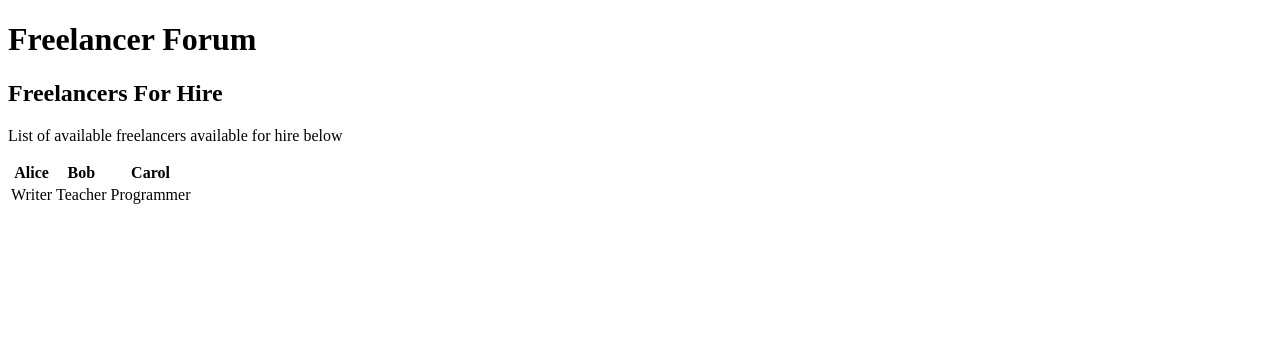
Repository: MelindaN14/Unit2.FreelancerForum
Page: forum/app.html
The author's editor kept a copy of each file at every save. The page is drawn from the files as they stood at one save, then again after the next save.
The browser window is 1280 px wide. The pictures show the whole page.

Above is the page before, as saved 2024-04-10 20:59:56.

### forum/app.html
<!DOCTYPE html>
<html lang="en">
  <head>
    <meta charset="UTF-8" />
    <meta name="viewport" content="width=device-width, initial-scale=1.0" />
    <title>Document</title>
    <script src="app.js"></script>
  </head>
  <body>
    <h1>Freelancer Forum</h1>
    <h2>Freelancers For Hire</h2>
    <p>List of available freelancers available for hire below</p>
    <table id="freelancersList">
      <tr>
        <th>Alice</th>
        <th>Bob</th>
        <th>Carol</th>
      </tr>
      <tr>
        <td>Writer</td>
        <td>Teacher</td>
        <td>Programmer</td>
      </tr>
      </tr>
    </table>
  </body>
</html>
<!-- write out names of the freelancers and their respective jobs
put them into a table? they want a new freelancer to be added and appear every few seconds and the aver
starting price -->

### forum/app.js
//  Freelancers names, jot title and starting price
// A few seconds later more freelancers name should appear along with job/price
// must use DOM ? wth
function theFreelancers ()
{
    const freelancersList = document.getElementById('freelancersList');

}
const names = ['Alice', 'Bob', 'Carol', 'Julia', 'Emma',''];
const occupations = ['Writer', 'Teacher', 'Programmer', 'Housekeeping', 'Personal Asst.'];

After the next save:
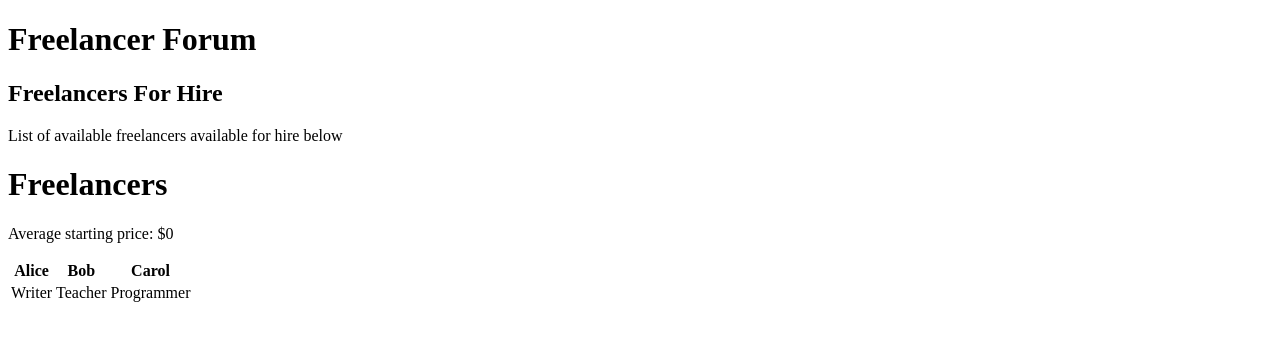
Saved 3 min 3 s later.
--- a/forum/app.html
+++ b/forum/app.html
@@ -10,6 +10,11 @@
     <h1>Freelancer Forum</h1>
     <h2>Freelancers For Hire</h2>
     <p>List of available freelancers available for hire below</p>
+    <h1>Freelancers</h1>
+  <div id="freelancers-list">
+    <!-- Freelancers will be dynamically added here -->
+  </div>
+  <p id="average-price">Average starting price: $0</p>
     <table id="freelancersList">
       <tr>
         <th>Alice</th>
